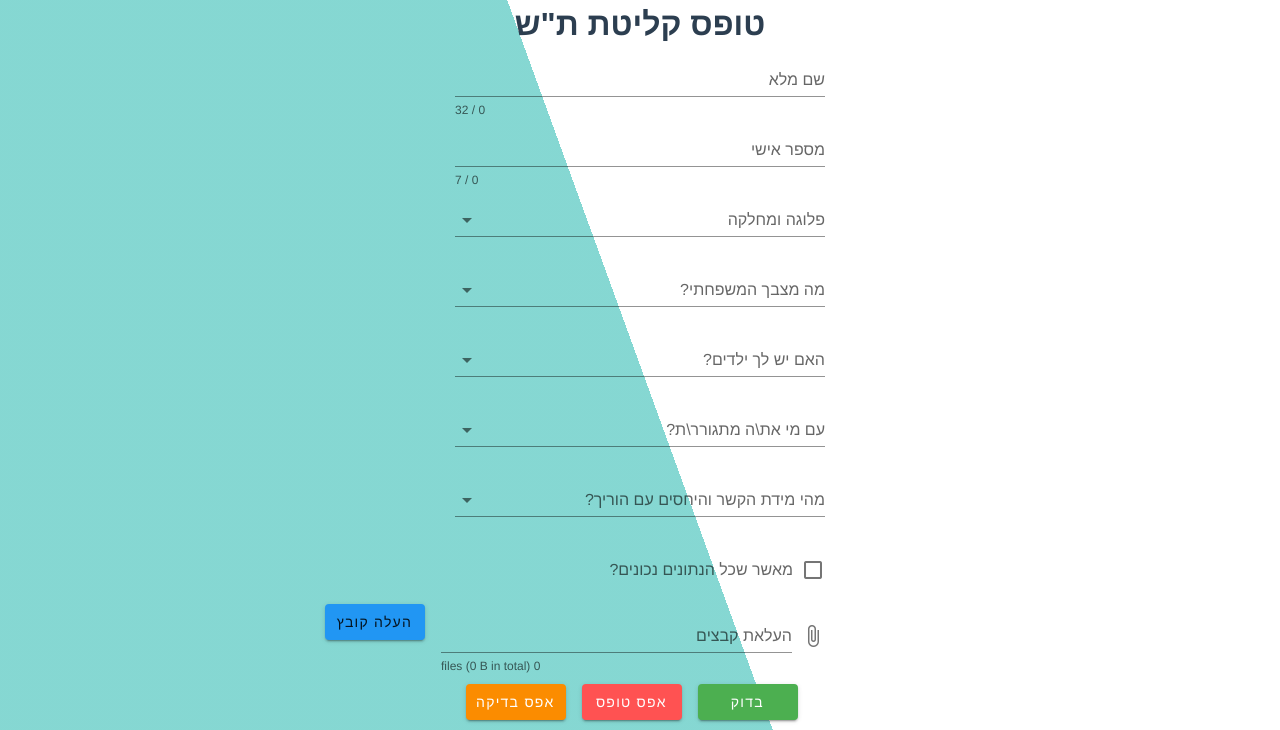
Repository: Natanhel/klitat-tash
Page: /
The author's editor kept a copy of each file at every save. The page is drawn from the files as they stood at one save, then again after the next save.
The browser window is 1280 px wide. The pictures show the whole page.
The page's requests for data from a server got no answer. The project was rebuilt for these pictures with package versions that can differ from the ones it lists, and the page was loaded fresh each time. No one was signed in, and anything a server would have sent is missing. Also part of the build but not shown: vue.config.js.

Above is the page before, as saved 2020-12-01 18:10:01.

After the next save:
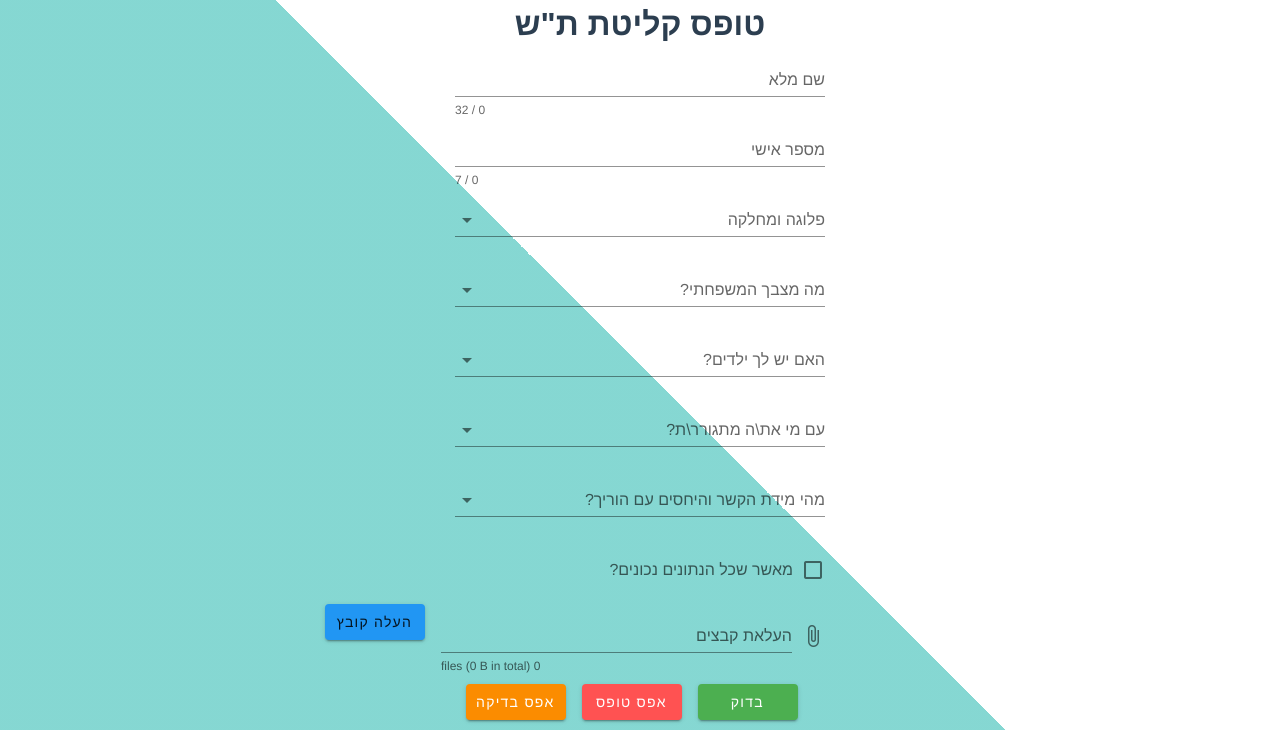
Saved 7 s later.
--- a/src/App.vue
+++ b/src/App.vue
@@ -274,6 +274,6 @@ form
 html
 {
   background: rgb(13,176,166);
-background: linear-gradient(70deg, rgba(13,176,166,0.5) 50%, rgba(255,255,255,1) 50%  );
+background: linear-gradient(45deg, rgba(13,176,166,0.5) 50%, rgba(255,255,255,1) 50%  );
 }
 </style>
